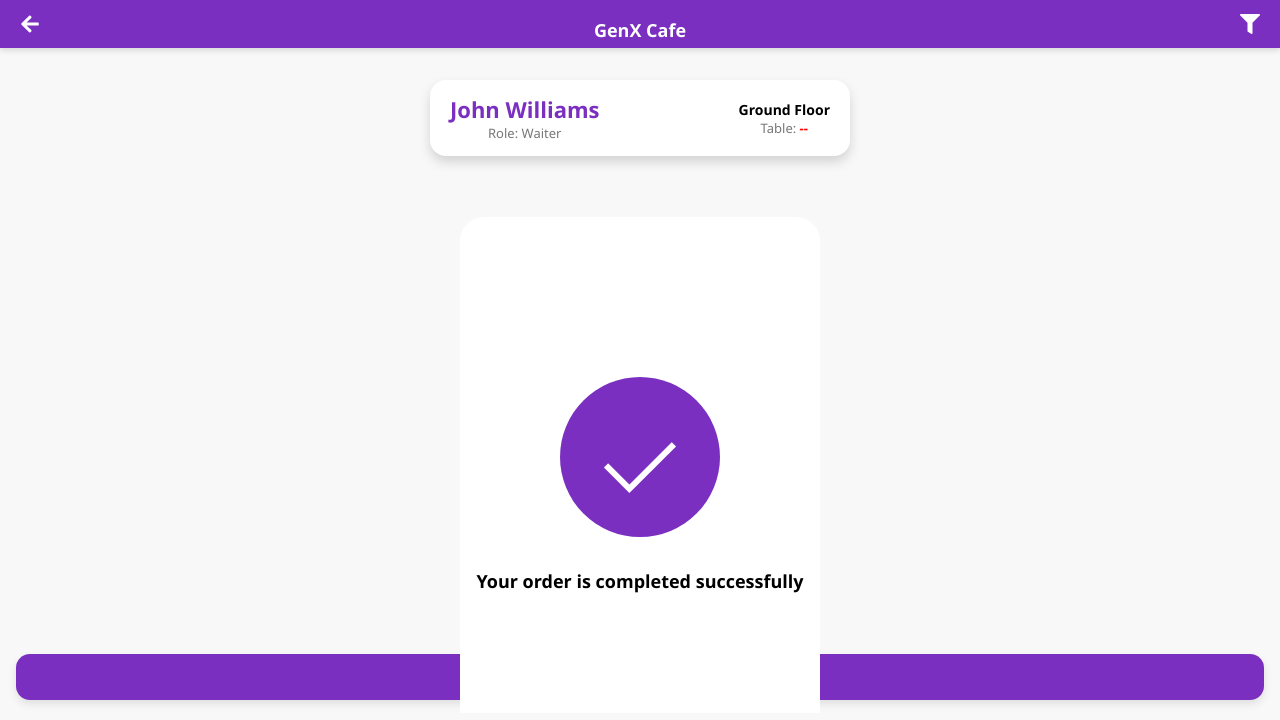
Repository: rajeshwaranslv/sturdy-spork-genx-frontend
Page: /success
These files come from the project's save history. The page is drawn as it stood at one moment and after the next save; the edit follows.
The browser window is 1280 px wide. The pictures show the whole page.
The project was rebuilt for these pictures with package versions that can differ from the ones it lists, and the page was loaded fresh each time. Also part of the build but not shown: src/components/TableSelection.js, src/components/menu.css, src/components/MenuSelection.js, src/components/order.css, src/components/OrderReview.js, src/components/Billing.js.

Above is the page before, as saved 2025-07-16 17:36:57.

### src/App.js
import React from 'react';
import { BrowserRouter as Router, Route, Switch } from 'react-router-dom';
import TableSelection from './components/TableSelection';
import MenuSelection from './components/MenuSelection';
import OrderReview from './components/OrderReview';
import Billing from './components/Billing';
import Success from './components/Success';

export default function App() {
  return (
    <Router>
      <Switch>
        <Route exact path="/" component={TableSelection} />
        <Route path="/menu/:tableId" component={MenuSelection} />
   <Route path="/orders/:orderId" component={OrderReview} />

        <Route path="/billing/:orderId" component={Billing} />
        <Route path="/success" component={Success} />
      </Switch>
    </Router>
  );
}

### src/components/Success.js
import React, { useEffect } from 'react';
import { withRouter } from 'react-router-dom';
import { updateTableStatus } from '../services/api';
import { FaArrowLeft, FaFilter } from 'react-icons/fa';
import './success.css';

function Success({ history, location }) {
  const tableId = location.state?.tableId;

  useEffect(() => {
    if (tableId) {
      updateTableStatus(tableId, { status: 'available' })
        .then(() => console.log(`✅ Table ${tableId} marked available`))
        .catch(err => console.error('❌ Failed to update table status:', err));
    }
  }, [tableId]);

  const waiter = {
    name: 'John Williams',
    role: 'Waiter',
    floor: 'Ground Floor',
    tableId: tableId ?? '--',
  };

  return (
    <div className="container-fluid success-page">
      {/* ✅ Header */}
      <div className="header-bar">
        <FaArrowLeft className="icon" onClick={() => history.push('/')} />
        <h2>GenX Cafe</h2>
        <FaFilter className="icon" />
      </div>

      {/* ✅ Waiter Card */}
      <div className="waiter-card">
        <div className="waiter-left">
          <strong className="waiter-name">{waiter.name}</strong>
          <div className="waiter-role">Role: {waiter.role}</div>
        </div>
        <div className="waiter-right">
          <div className="floor-label">{waiter.floor}</div>
          <div className="orders-count">
            Table: <span className="order-red">{waiter.tableId}</span>
          </div>
        </div>
      </div>

      {/* ✅ Success Body */}
      <div className="table-section success-body">
        <div className="checkmark-circle">
          <div className="checkmark" />
        </div>
        <h2 className="success-text">Your order is completed successfully</h2>
      </div>

      {/* ✅ Footer Button */}
      <button className="footer-btn" onClick={() => history.push('/')}>
        Book Table
      </button>
    </div>
  );
}

export default withRouter(Success);

### src/services/api.js
import axios from 'axios';

const API = axios.create({
  baseURL: 'http://localhost:3001/',
});

export const getTables = () => API.get('/tables');
export const getTableDetails = (id) => API.get(`/tables/${id}`);
export const getFoodItems = () => API.get('/foodItems');

export const placeOrder = (data) => API.post('/orders', data);
export const updateOrderItemStatus = (id, payload) => API.patch(`/orders/${id}`, payload);
export const getOrder = (id) => API.get(`/orders/${id}`);
export const generateBill = (data) => API.post('/bills', data);

// ✅ NEW: Update table status
export const updateTableStatus = (id, payload) => API.patch(`/tables/${id}`, payload);

### src/components/style.css

*{
  margin: 0;
  padding: 0;
}
.container-fluid {
  position: relative;
  background-color: #7a2fc0;
  /* min-height: 100vh; */
  font-family: 'Segoe UI', sans-serif;
  overflow-x: hidden;
}

/* Header */
.header-bar {
  display: flex;
  justify-content: space-between;
  align-items: center;
  padding: 16px;
  color: white;
  background: #7a2fc0;
  position: sticky;
  top: 0;
  z-index: 10;
}

.header-bar h2 {
  margin: 0;
  font-size: 20px;
}

.icon {
  font-size: 18px;
  cursor: pointer;
}

/* Floating Waiter Card */
.waiter-card {
  position: absolute;
  top: 80px;
  left: 50%;
  transform: translateX(-50%);
  z-index: 20;
  background: white;
  border-radius: 16px;
  box-shadow: 0 6px 12px rgba(0, 0, 0, 0.15);
  padding: 14px 20px;
  width: 90%;
  max-width: 360px;
  display: flex;
  justify-content: space-between;
  align-items: center;
}

.waiter-name {
  color: #7a2fc0;
  font-weight: bold;
}

.waiter-role {
  font-size: 12px;
  color: #777;
}

.floor-label {
  font-weight: bold;
  font-size: 14px;
}

.orders-count {
  font-size: 12px;
  color: #777;
}

.order-red {
  color: red;
  font-weight: bold;
}

/* Main White Rounded Table Section */
.table-section {
  background: white;
  margin-top: 140px; /* space for card to float */
  border-top-left-radius: 24px;
  border-top-right-radius: 24px;
  padding: 90px 16px 24px;
  position: relative;
  z-index: 1;
}

/* Legend */
.legend-row {
  display: flex;
  justify-content: center;
  gap: 24px;
  font-size: 14px;
  margin-bottom: 20px;
  flex-wrap: wrap;
}

.legend-item {
  display: flex;
  align-items: center;
  gap: 6px;
}

.legend-dot {
  width: 10px;
  height: 10px;
  border-radius: 50%;
  display: inline-block;
}

.legend-dot.green {
  background-color: green;
}
.legend-dot.purple {
  background-color: purple;
}
.legend-dot.red {
  background-color: red;
}

/* Table Grid */
.table-grid {
  display: grid;
  grid-template-columns: repeat(auto-fit, minmax(110px, 1fr));
  gap: 14px;
  margin-bottom: 16px;
}

/* Table Buttons */
.table-btn {
  padding: 14px 0;
  border-radius: 14px;
  font-size: 16px;
  font-weight: bold;
  border: 2px solid transparent;
  cursor: pointer;
  text-align: center;
  transition: all 0.2s ease-in-out;
}

.table-btn.available {
  color: green;
  border: 2px solid green;
  background-color: white;
}
.table-btn.available:hover {
  background-color: #f0fff0;
}

.table-btn.selected {
  background-color: #7a2fc0;
  color: white;
  border: 2px solid #7a2fc0;
}

.table-btn.occupied {
  background-color: red;
  color: white;
  cursor: not-allowed;
}

/* Select Button */
.select-btn {
  width: 100%;
  padding: 14px;
  border-radius: 14px;
  background-color: #7a2fc0;
  color: white;
  font-size: 16px;
  font-weight: bold;
  border: none;
  cursor: pointer;
  box-shadow: 0 3px 8px rgba(0, 0, 0, 0.1);
}

.select-btn:disabled {
  opacity: 0.5;
  cursor: not-allowed;
}

.select-btn:hover {
  background-color: #6926b2;
}

/* Responsive */
@media (max-width: 480px) {
  .waiter-card {
    flex-direction: column;
    align-items: flex-start;
    padding: 16px;
    gap: 8px;
  }

  .legend-row {
    gap: 10px;
    font-size: 12px;
  }

  .table-btn {
    font-size: 14px;
    padding: 12px 0;
  }
}
/* Floating Waiter Card */
.waiter-card {
  position: absolute;
  top: 80px;
  left: 50%;
  transform: translateX(-50%);
  z-index: 20;
  background: white;
  border-radius: 16px;
  box-shadow: 0 6px 12px rgba(0, 0, 0, 0.15);
  padding: 14px 20px;
  width: 92%;
  max-width: 380px;
  display: flex;
  justify-content: space-between;
  align-items: center;
  transition: all 0.3s ease-in-out;
}

.waiter-name {
  color: #7a2fc0;
  font-weight: bold;
  font-size: 16px;
}

.waiter-role {
  font-size: 13px;
  color: #777;
}

.floor-label {
  font-weight: bold;
  font-size: 14px;
}

.orders-count {
  font-size: 13px;
  color: #777;
}

.order-red {
  color: red;
  font-weight: bold;
}

/* 💻 Tablet and Desktop View - Wider and Bigger Card */
@media (min-width: 768px) {
  .waiter-card {
    max-width: 640px;
    padding: 20px 32px;
  }

  .waiter-name {
    font-size: 20px;
  }

  .waiter-role,
  .orders-count,
  .floor-label {
    font-size: 16px;
  }
}

/* 🖥️ Larger Screens */
@media (min-width: 1024px) {
  .waiter-card {
    max-width: 800px;
    padding: 24px 40px;
  }

  .waiter-name {
    font-size: 22px;
  }

  .waiter-role,
  .orders-count,
  .floor-label {
    font-size: 18px;
  }
}

### src/components/billing.css
/* Base Container */
.container-fluid {
  position: relative;
  background-color: #7a2fc0;
  min-height: 100vh;
  font-family: 'Segoe UI', sans-serif;
  overflow-x: hidden;
}

/* Header */
.header-bar {
  display: flex;
  justify-content: space-between;
  align-items: center;
  padding: 16px;
  color: white;
  background: #7a2fc0;
  position: sticky;
  top: 0;
  z-index: 10;
}

.header-bar h2 {
  margin: 0;
  font-size: 20px;
}

.icon {
  font-size: 18px;
  cursor: pointer;
}

/* Waiter Card */
.waiter-card {
  position: absolute;
  top: 80px;
  left: 50%;
  transform: translateX(-50%);
  z-index: 20;
  background: white;
  border-radius: 16px;
  box-shadow: 0 6px 12px rgba(0, 0, 0, 0.15);
  padding: 14px 20px;
  width: 92%;
  max-width: 380px;
  display: flex;
  justify-content: space-between;
  align-items: center;
}

.waiter-name {
  color: #7a2fc0;
  font-weight: bold;
}

.waiter-role {
  font-size: 13px;
  color: #777;
}

.floor-label {
  font-weight: bold;
  font-size: 14px;
}

.orders-count {
  font-size: 13px;
  color: #777;
}

.order-red {
  color: red;
  font-weight: bold;
}

/* Rounded Section */
.table-section {
  background: white;
  margin-top: 140px;
  border-top-left-radius: 24px;
  border-top-right-radius: 24px;
  padding: 90px 16px 24px;
  position: relative;
  z-index: 1;
}

/* Order List */
.order-list {
  list-style: none;
  padding: 0;
  margin: 0;
}

.item-row {
  display: flex;
  justify-content: space-between;
  margin-bottom: 12px;
  border-bottom: 1px solid #ddd;
  padding-bottom: 10px;
}

.item-info p {
  margin: 4px 0 0;
  color: #666;
}

.qty-controls {
  display: flex;
  align-items: center;
  gap: 8px;
}

/* Quantity Buttons */
.qty-btn {
  background-color: #7a2fc0;
  color: white;
  border: none;
  border-radius: 6px;
  padding: 4px 10px;
  font-size: 16px;
  font-weight: bold;
  cursor: pointer;
  transition: background-color 0.2s ease;
}

.qty-btn:hover {
  background-color: #6926b2;
}

/* Summary */
.invoice-summary {
  margin-top: 24px;
  font-size: 16px;
  background: #f9f9f9;
  padding: 16px;
  border-radius: 12px;
  box-shadow: 0 -2px 6px rgba(0, 0, 0, 0.05);
}

/* Button */
.select-btn {
  width: 100%;
  padding: 14px;
  border-radius: 14px;
  background-color: #7a2fc0;
  color: white;
  font-size: 16px;
  font-weight: bold;
  border: none;
  cursor: pointer;
  margin-top: 20px;
  box-shadow: 0 3px 8px rgba(0, 0, 0, 0.1);
}

.select-btn:hover {
  background-color: #6926b2;
}

### src/components/success.css
/* Container for Success Page */
.success-page {
  min-height: 100vh;
  display: flex;
  flex-direction: column;
  padding-top: 70px; /* space for header */
  align-items: center;
  justify-content: center;
  background-color: #f8f8f8;
  position: relative;
  text-align: center;
  box-sizing: border-box;
}

/* Header Bar */
.header-bar {
  position: fixed;
  top: 0;
  left: 0;
  right: 0;
  background: #7a2fc0;
  color: white ;
  display: flex;
  justify-content: space-between;
  align-items: center;
  padding: 14px 20px;
  z-index: 1000;
  box-shadow: 0 2px 6px rgba(0, 0, 0, 0.15);
}

.header-bar h2 {
  position: absolute;
  left: 50%;
  transform: translateX(-50%);
  margin: 0;
  font-size: 20px;
   color: white !important ;

}

.icon {
  color: white;
  font-size: 20px;
  cursor: pointer;
  z-index: 10;
}

/* Checkmark Animation */
.checkmark-circle {
  width: 160px;
  height: 160px;
  background-color: #7a2fc0;
  border-radius: 50%;
  display: flex;
  align-items: center;
  justify-content: center;
  margin: 40px auto 20px;
  animation: popCircle 0.5s ease-out;
}

.checkmark {
  width: 30px;
  height: 60px;
  border-right: 6px solid white;
  border-bottom: 6px solid white;
  transform: rotate(45deg) scale(0);
  animation: drawCheck 0.4s 0.3s ease forwards;
}

@keyframes popCircle {
  0% {
    transform: scale(0.7);
    opacity: 0;
  }
  100% {
    transform: scale(1);
    opacity: 1;
  }
}

@keyframes drawCheck {
  to {
    transform: rotate(45deg) scale(1);
  }
}

/* Success Message */
.success-page h2 {
  font-size: 18px;
  margin-top: 12px;
  color: #000000;
}

/* Fixed Bottom Button */
.footer-btn {
  position: fixed;
  bottom: 20px;
  left: 16px;
  right: 16px;
  padding: 14px;
  font-size: 16px;
  font-weight: bold;
  background-color: #7a2fc0;
  color: white;
  border: none;
  border-radius: 14px;
  cursor: pointer;
  box-shadow: 0 4px 8px rgba(0, 0, 0, 0.1);
}
/* Centered Success Body */
.success-body {
  display: flex;
  flex-direction: column;
  align-items: center;
  justify-content: center;
  padding-top: 120px; /* space for waiter card */
  padding-bottom: 120px; /* space for footer */
}

/* Animated Success Text */
.success-text {
  font-size: 20px;
  color: #000;
  margin-top: 12px;
  text-align: center;
  opacity: 0;
  transform: translateY(20px);
  animation: fadeInText 0.6s ease-out 0.5s forwards;
}

@keyframes fadeInText {
  to {
    opacity: 1;
    transform: translateY(0);
  }
}

Loaded but not shown: public/index.html (common file); src/index.js (common file)

After the next save:
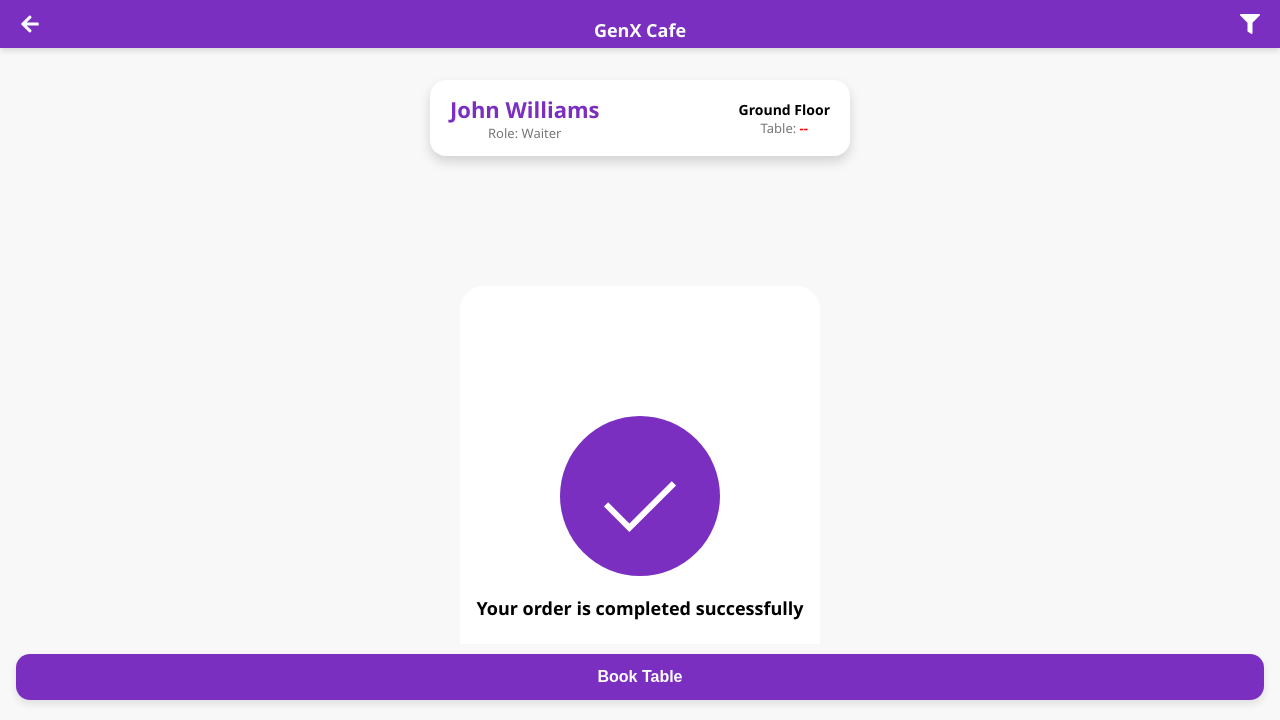
Saved 18 s later.
--- a/src/components/success.css
+++ b/src/components/success.css
@@ -107,30 +107,3 @@
   cursor: pointer;
   box-shadow: 0 4px 8px rgba(0, 0, 0, 0.1);
 }
-/* Centered Success Body */
-.success-body {
-  display: flex;
-  flex-direction: column;
-  align-items: center;
-  justify-content: center;
-  padding-top: 120px; /* space for waiter card */
-  padding-bottom: 120px; /* space for footer */
-}
-
-/* Animated Success Text */
-.success-text {
-  font-size: 20px;
-  color: #000;
-  margin-top: 12px;
-  text-align: center;
-  opacity: 0;
-  transform: translateY(20px);
-  animation: fadeInText 0.6s ease-out 0.5s forwards;
-}
-
-@keyframes fadeInText {
-  to {
-    opacity: 1;
-    transform: translateY(0);
-  }
-}
